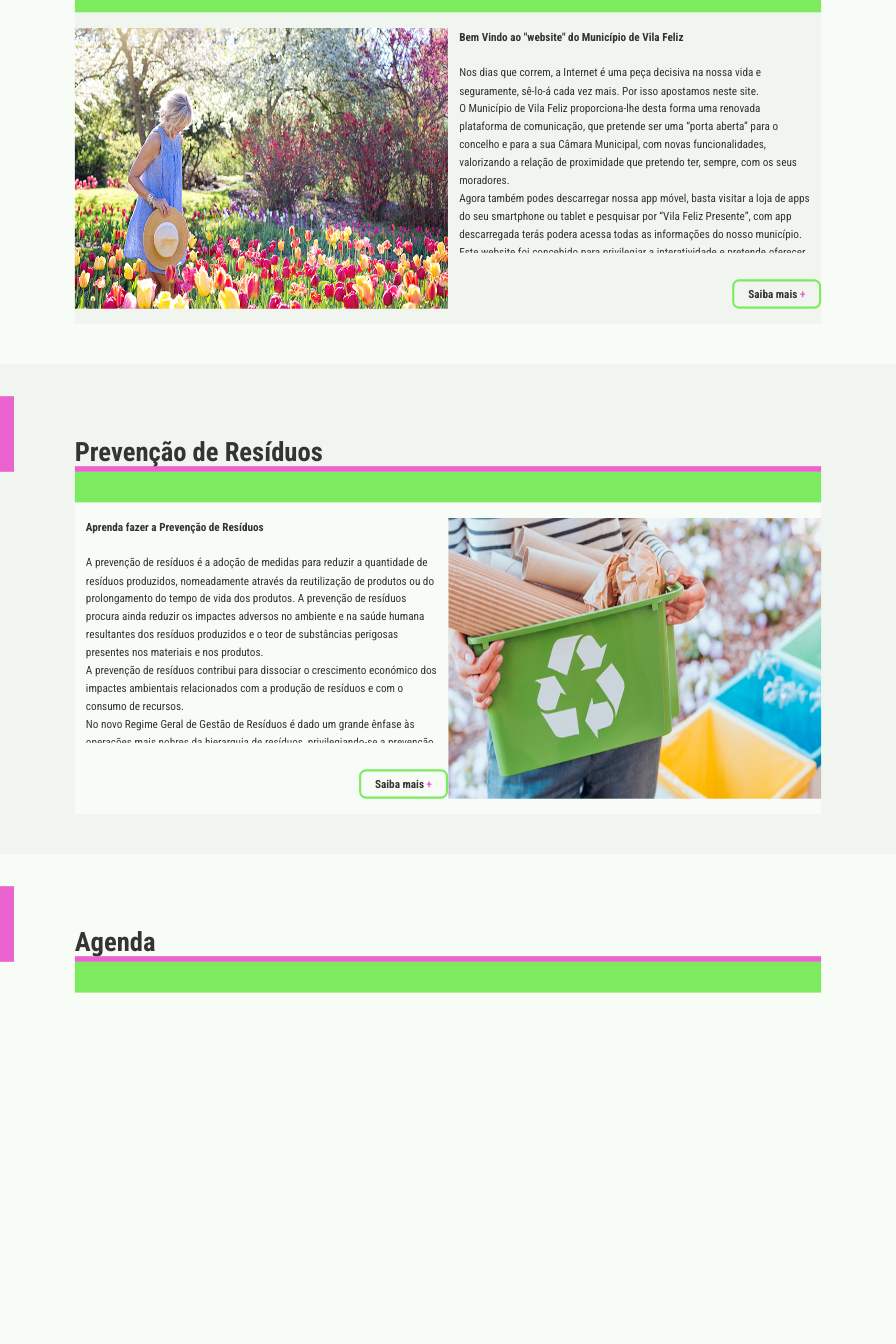
Repository: Goulart94/CmVilaFeliz
Page: index.html
An editor plug-in stored every save of this project. The page is shown before and after the next save, followed by the edit.
The browser window is 1280 px wide. The pictures show the part of the page from y = 3140 to 5060 px (the page is 5060 px tall), at 70% of full size.
The style sheet was rebuilt from its Sass, Less or Tailwind sources for each picture, by a compiler version that may differ from the author's.

Above is the page before, as saved 2022-05-16 12:53:34.

After the next save:
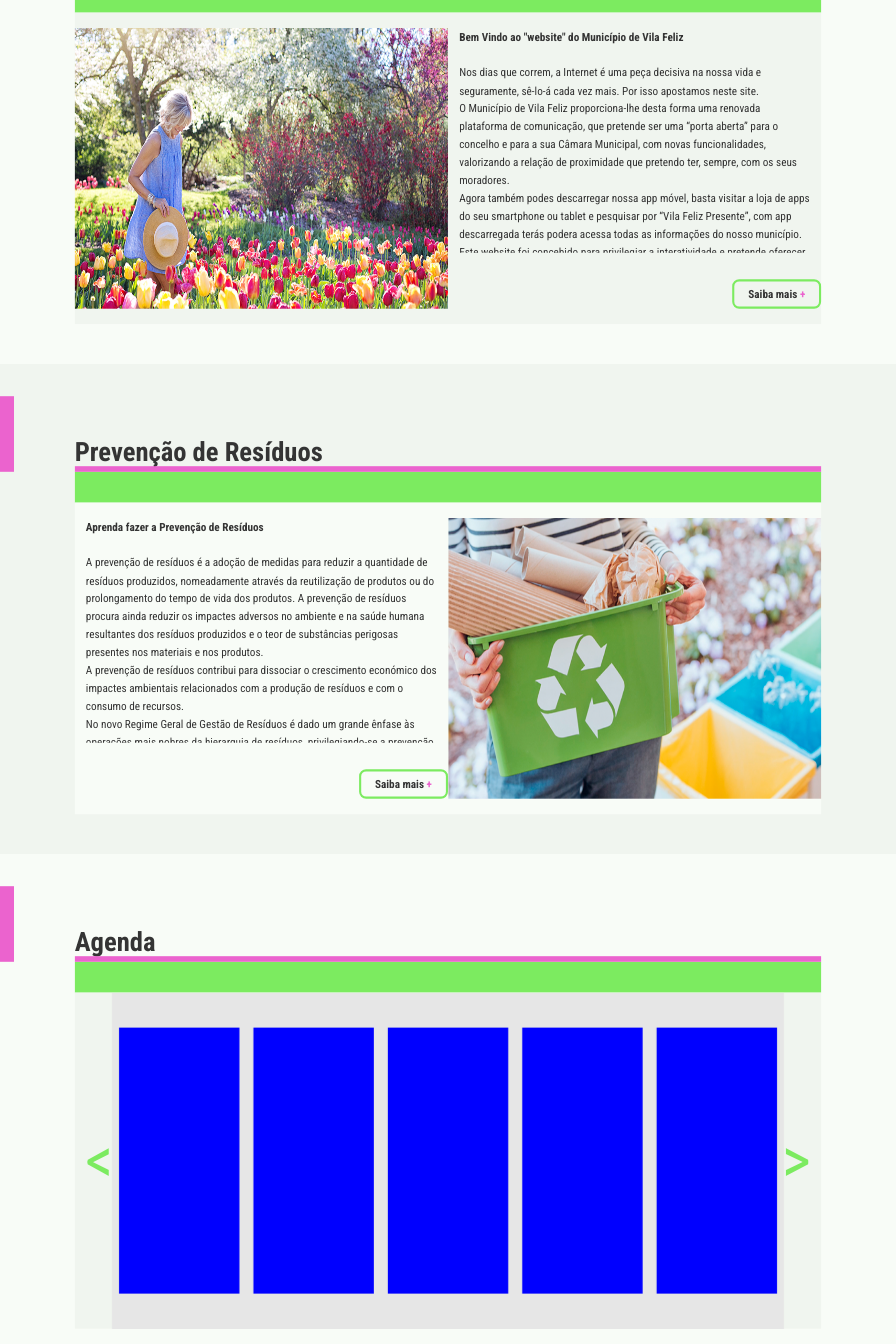
Saved 23 s later.
--- a/index.html
+++ b/index.html
@@ -362,7 +362,7 @@
             <button class="orbit-previous cell small-3"><span class="buttomPreviousSlider"> < </span> </button>
             <button class="orbit-next cell small-3"><span class="buttomNextSlider"> > </span></button>
             <li class="is-active orbit-slide">
-              <div class="sliderOne">
+              <div class="slider">
                 <div class="news"></div>
                  <div class="news"></div>
                  <div class="news"></div>
@@ -371,13 +371,13 @@
               </div>
             </li>
             <li class="orbit-slide">
-              <div class="sliderTwo">
+              <div class="slider">
 
               </div>
 
             </li>
             <li class="orbit-slide">
-              <div class="sliderTree">
+              <div class="slider">
 
               </div>
 

After the 2 saves that followed:
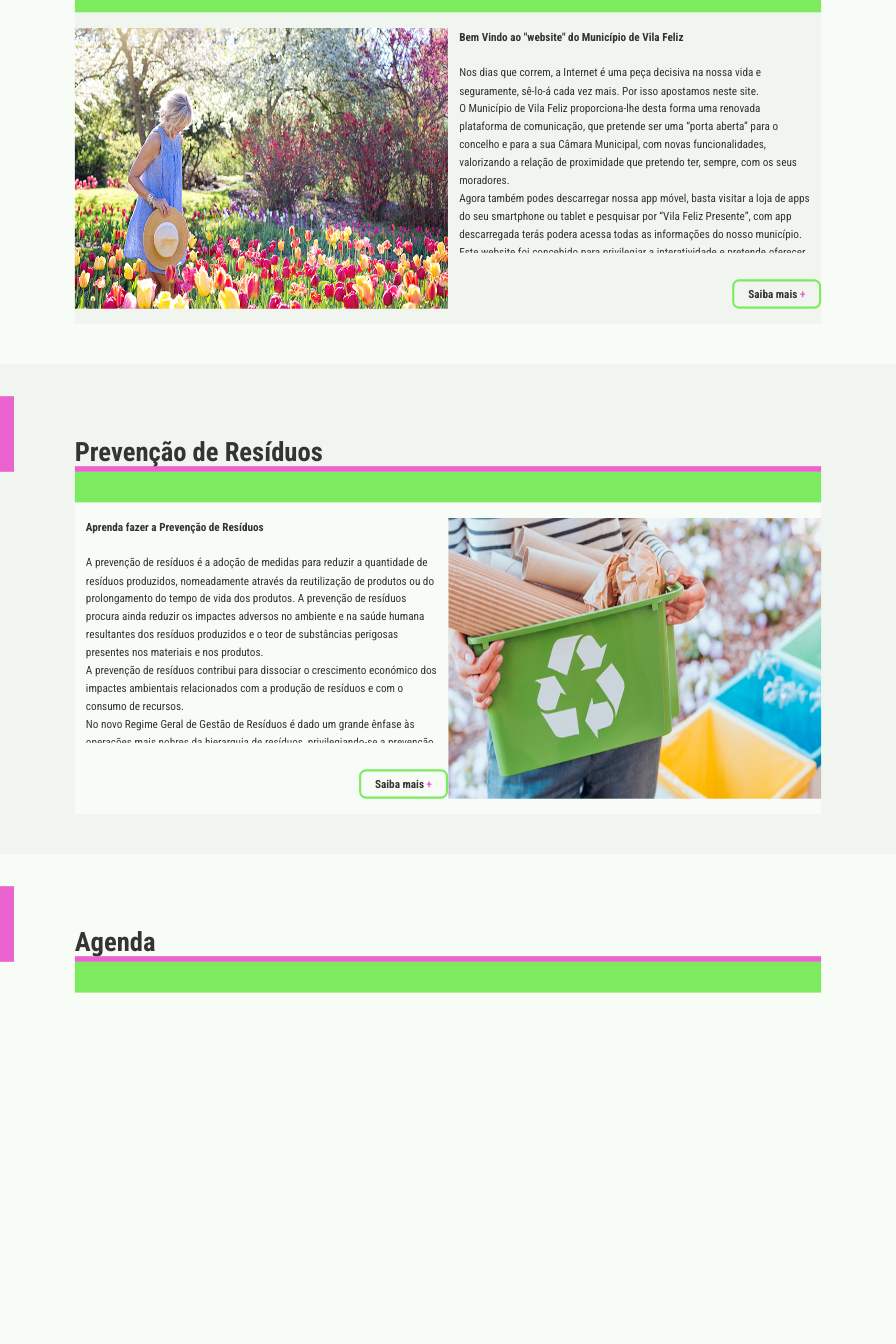
The 2 saves are shown as one change because 1 left the picture as it was.
The last was saved 3 min 39 s later.
--- a/index.html
+++ b/index.html
@@ -362,7 +362,7 @@
             <button class="orbit-previous cell small-3"><span class="buttomPreviousSlider"> < </span> </button>
             <button class="orbit-next cell small-3"><span class="buttomNextSlider"> > </span></button>
             <li class="is-active orbit-slide">
-              <div class="slider">
+              <div class="contentSlider">
                 <div class="news"></div>
                  <div class="news"></div>
                  <div class="news"></div>
@@ -371,14 +371,23 @@
               </div>
             </li>
             <li class="orbit-slide">
-              <div class="slider">
+              <div class="contentSlider">
+                <div class="news"></div>
+                 <div class="news"></div>
+                 <div class="news"></div>
+                 <div class="news"></div>
+                 <div class="news"></div>
 
               </div>
 
             </li>
             <li class="orbit-slide">
-              <div class="slider">
-
+              <div class="contentSlider">
+                <div class="news"></div>
+                <div class="news"></div>
+                <div class="news"></div>
+                <div class="news"></div>
+                <div class="news"></div>
               </div>
 
             </li>
